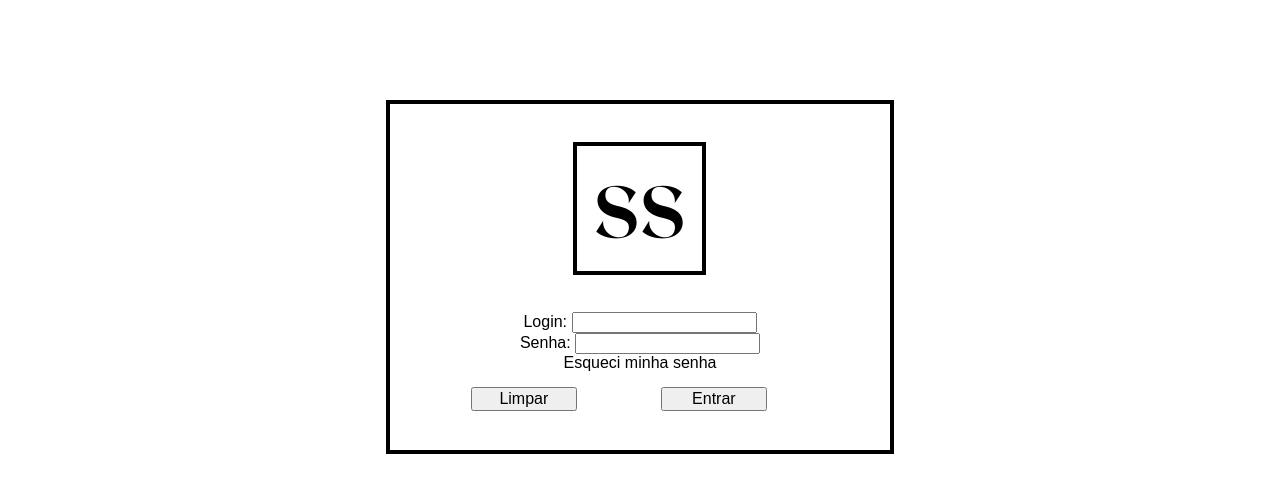
Repository: FaculdadeSenaiJoinville/PiMichelBaade
Page: http://localhost/ProjetoIndividual/
An editor plug-in stored every save of this project. The page is shown before and after the next save, followed by the edit.
The browser window is 1280 px wide. The pictures show the whole page.
The page is served by Tomcat 9. Other server files are loaded and not shown.

Above is the page before, as saved 2021-08-11 00:02:21.

### ProjetoIndividual/WebContent/index.html
<!DOCTYPE html>
<html lang="pt-br">
<head>
	<meta charset="UTF-8">
	<meta name="description" content="Site da Software dos Sonhos">
	<meta name="keywords" content="Padaria, Software, Sonhos">
	<meta name="author" content="Michel Baade">
	<meta name="viewport" content="width=device-width, initial-scale=1.0">
	<title>Software dos Sonhos</title>
	<link rel="stylesheet" type="text/css" href="css/site.css">
</head>
<body>
	<form name="frmlogin" method="post" action="#">
		<div id="logo"><img src="imgs/logo.png" alt="Logo da Software dos Sonhos"></div>
		<br>
		<div id="camposlogin">
		<label for="login">Login: </label>
		<input type="text" name="txtlogin" id="login"><br>
		<label for="senha">Senha: </label>
		<input type="password" name="txtsenha" id="senha"><br>
		<a>Esqueci minha senha</a><br>
		</div>
		<button type="reset">Limpar</button><button type="reset">Entrar</button>
	</form>
</body>
</html>

### ProjetoIndividual/WebContent/css/site.css
@charset "UTF-8";

body{
	width: 100%;
	margin: 0 auto;
	font-family: "Century Gothic", sans-serif;
	height: 100%;
}
img{
	border:4px solid #000;
	height: 125px;
	width: 125px;
}
form{
	border:4px solid #000;
	width: 33%;
	margin: 100px auto;
	height: 33%;
	padding: 3%;
}
#logo{
	text-align: center;
}
#camposlogin{
	padding: 10px;
	margin: 5px;
}
div{
	text-align: center;
}
a {
	margin-top: 5px;
}
button {
	width: 25%;
	font-size: 16px;
	margin: 0 10%;
}

After the next save:
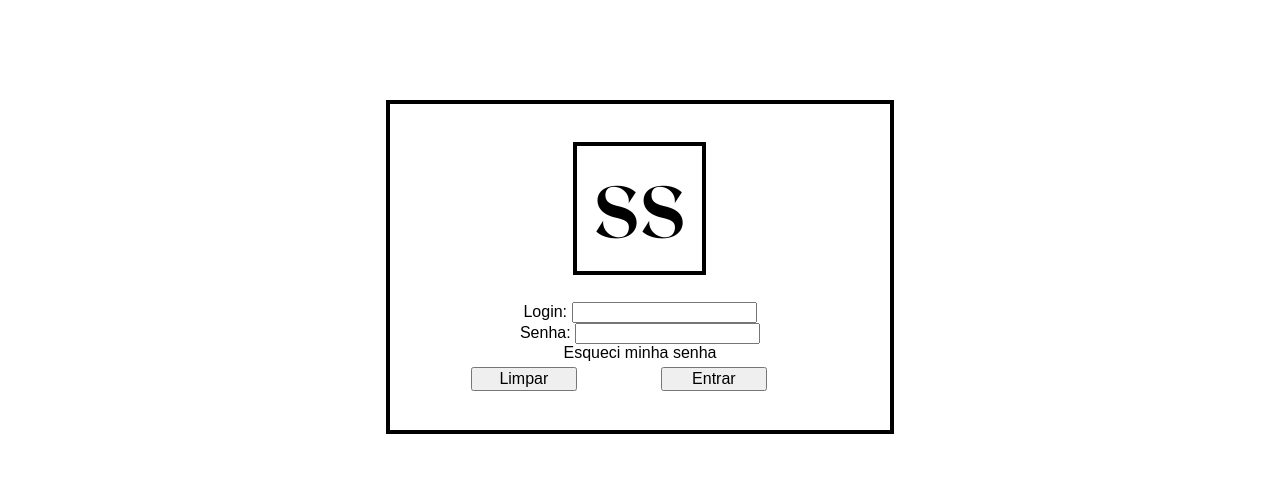
Saved 7 s later.
--- a/ProjetoIndividual/WebContent/css/site.css
+++ b/ProjetoIndividual/WebContent/css/site.css
@@ -22,7 +22,6 @@
 	text-align: center;
 }
 #camposlogin{
-	padding: 10px;
 	margin: 5px;
 }
 div{

After the save that followed:
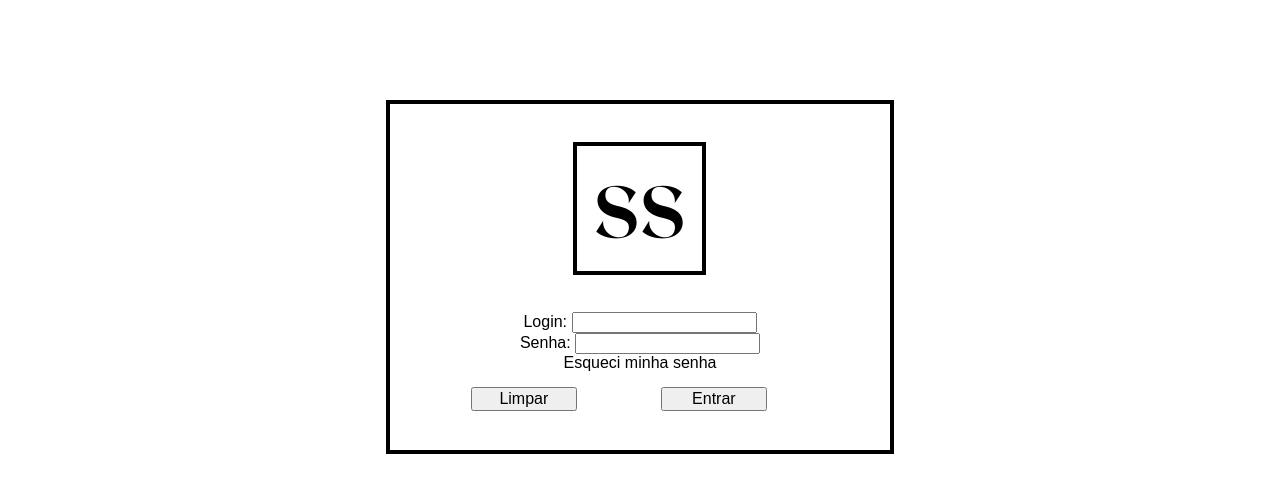
Saved 40 s later.
--- a/ProjetoIndividual/WebContent/css/site.css
+++ b/ProjetoIndividual/WebContent/css/site.css
@@ -22,7 +22,7 @@
 	text-align: center;
 }
 #camposlogin{
-	margin: 5px;
+	margin: 15px;
 }
 div{
 	text-align: center;
